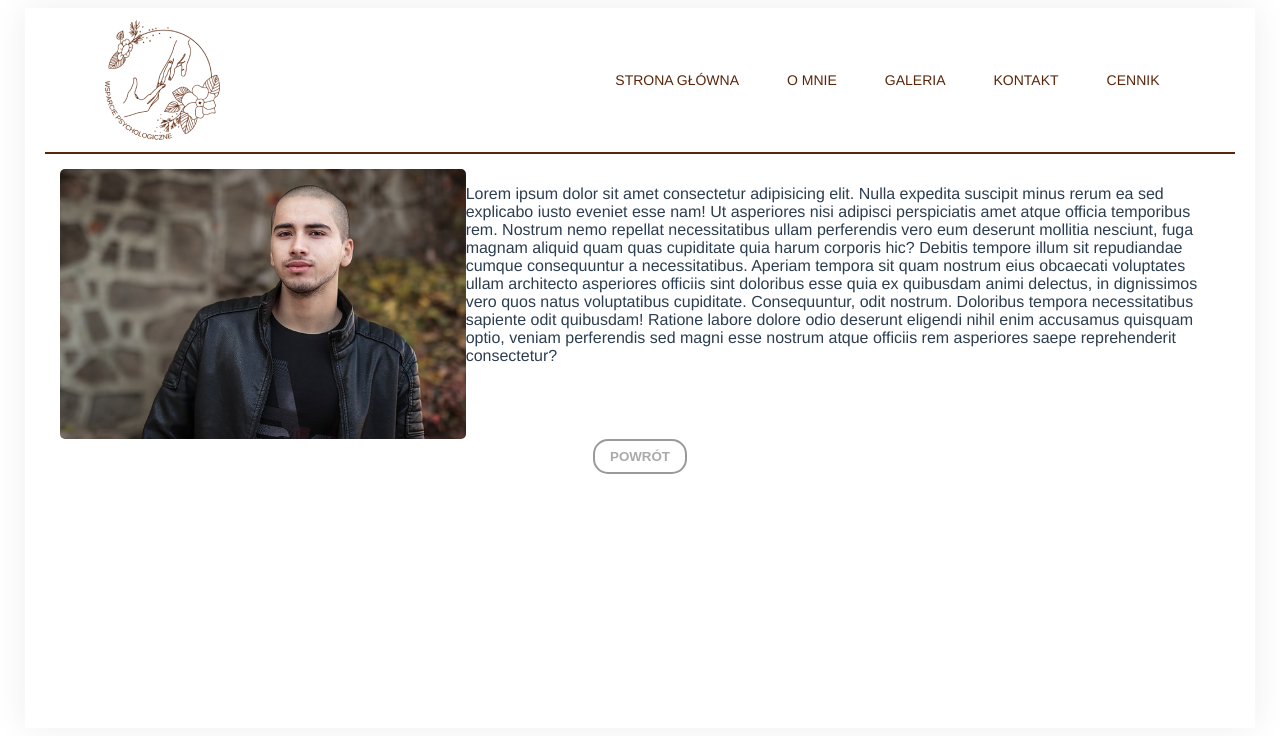
Repository: Kondzioor/szczepan-page
Page: /about
An editor plug-in stored every save of this project. The page is shown before and after the next save, followed by the edit.
The browser window is 1280 px wide. The pictures show the whole page.
Some web libraries are served in a nearby version. The project was rebuilt for these pictures with package versions that can differ from the ones it lists, and the page was loaded fresh each time. Also part of the build but not shown: src/views/Home.vue.

Above is the page before, as saved 2022-04-12 14:39:10.

After the next save:
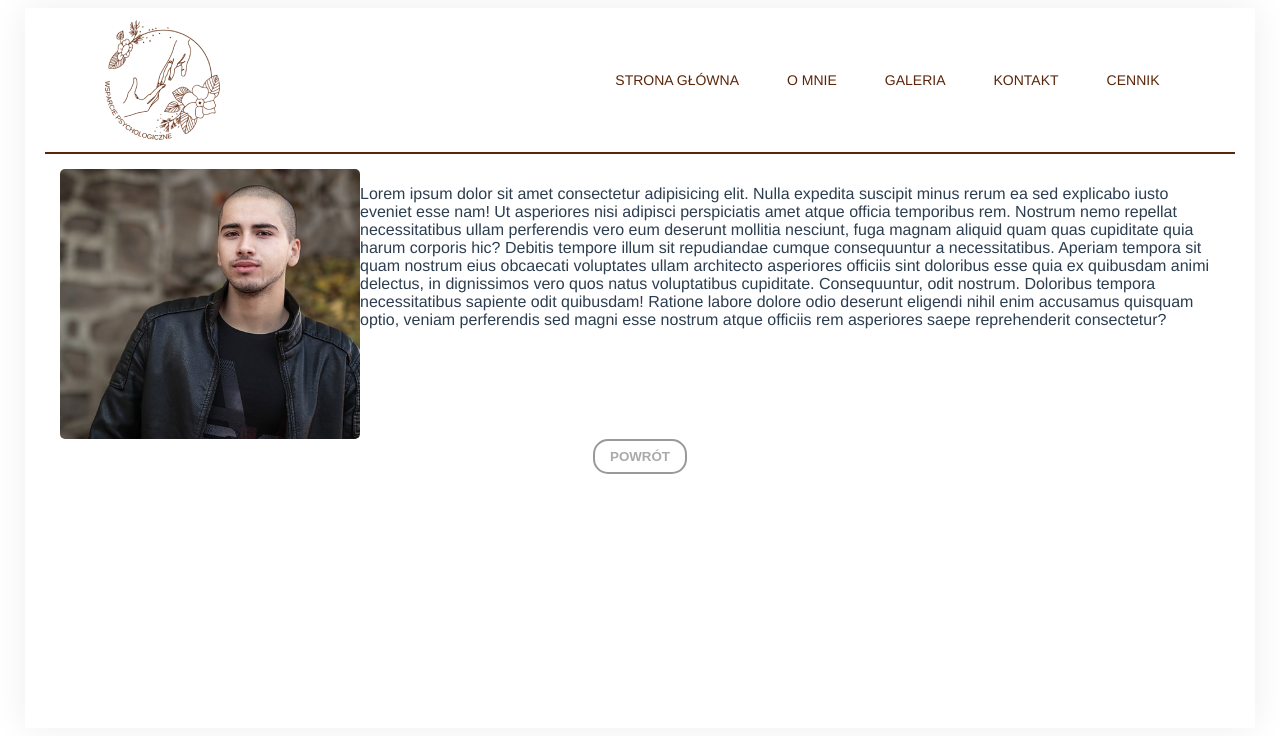
Saved 56 s later.
--- a/src/views/AboutUs.vue
+++ b/src/views/AboutUs.vue
@@ -38,8 +38,19 @@
 section{
     display: flex;
 }
+.product_card{
+
+    overflow: hidden;
+    height: 500px;
+    padding: 15px;
+    box-shadow: 0 0 15px #ddd;
+    border-radius: 5px;
+    margin: 10px 0;
+    position: relative;
+}
 img{
-    width: 100%;
+    width: 300px;
+
     height: 270px;
     display: block;
     object-fit: cover;
